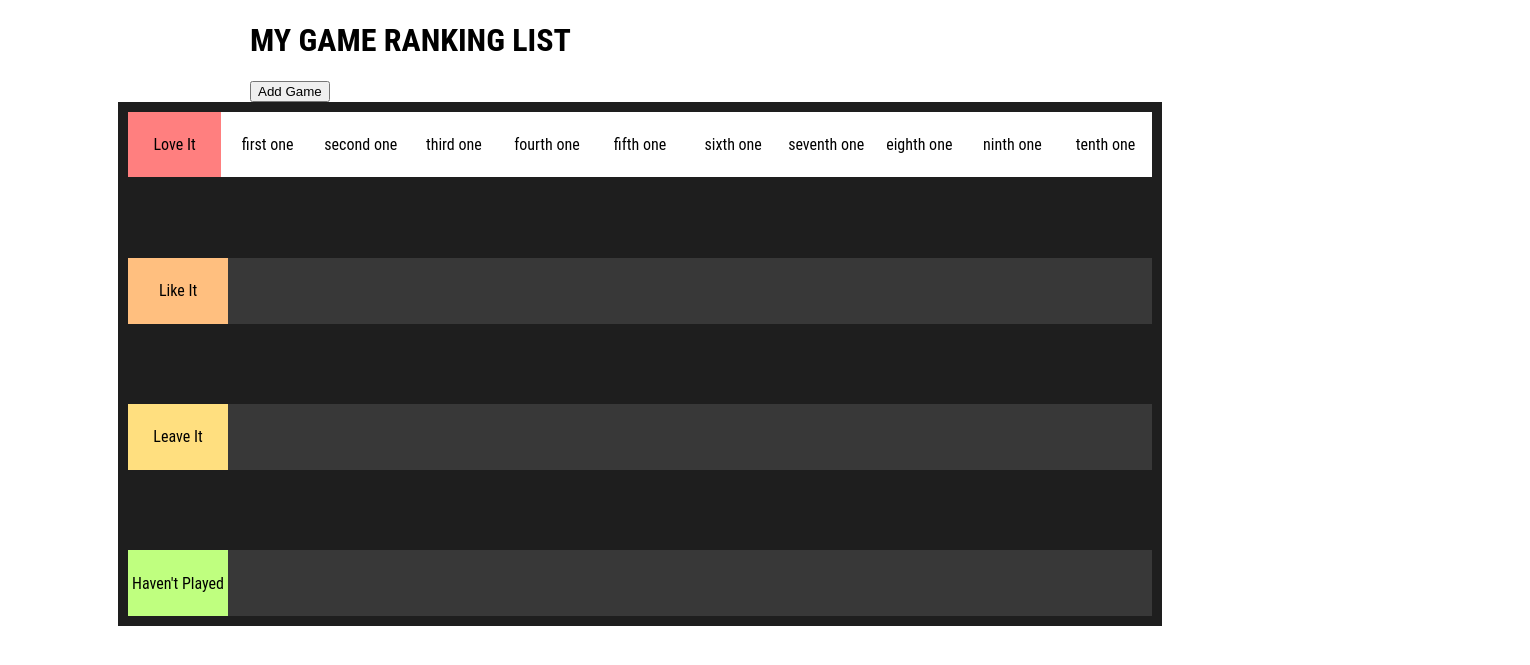
Repository: akiachenise/akiachenise.github.io
Page: JackboxGames_TierList_vanilla/index.html
These files come from the project's save history. The page is drawn as it stood at one moment and after the next save; the edit follows.
The browser window is 1280 px wide. The page is 1530 px wide, so the pictures cover 1530 px, including what lies to the right of the window. The pictures show the whole page.

Above is the page before, as saved 2022-11-26 16:48:28.

After the next save:
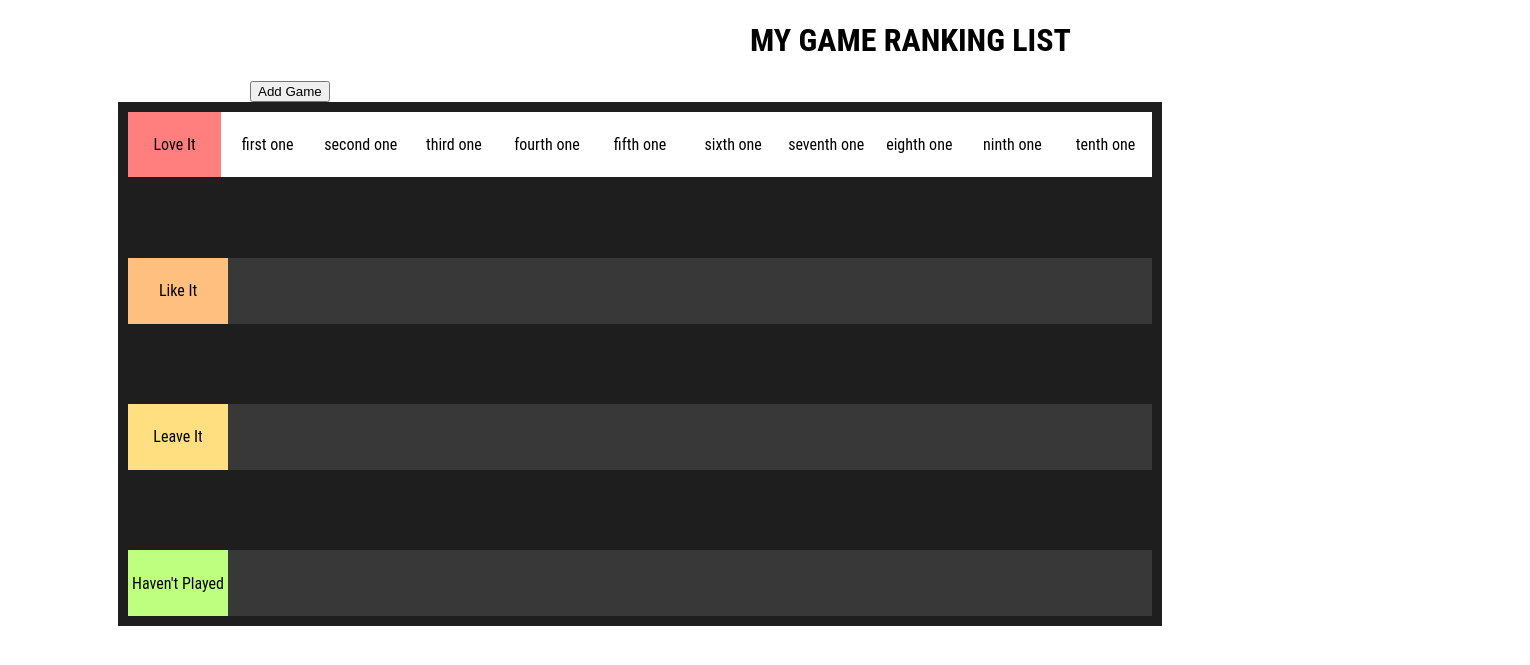
Saved 49 s later.
--- a/JackboxGames_TierList_vanilla/css/stylesheet.css
+++ b/JackboxGames_TierList_vanilla/css/stylesheet.css
@@ -17,6 +17,7 @@
 
 h1 {
     text-transform: uppercase;
+    padding-left: 31.25rem;
 }
 button .addCard {
 

After the save that followed:
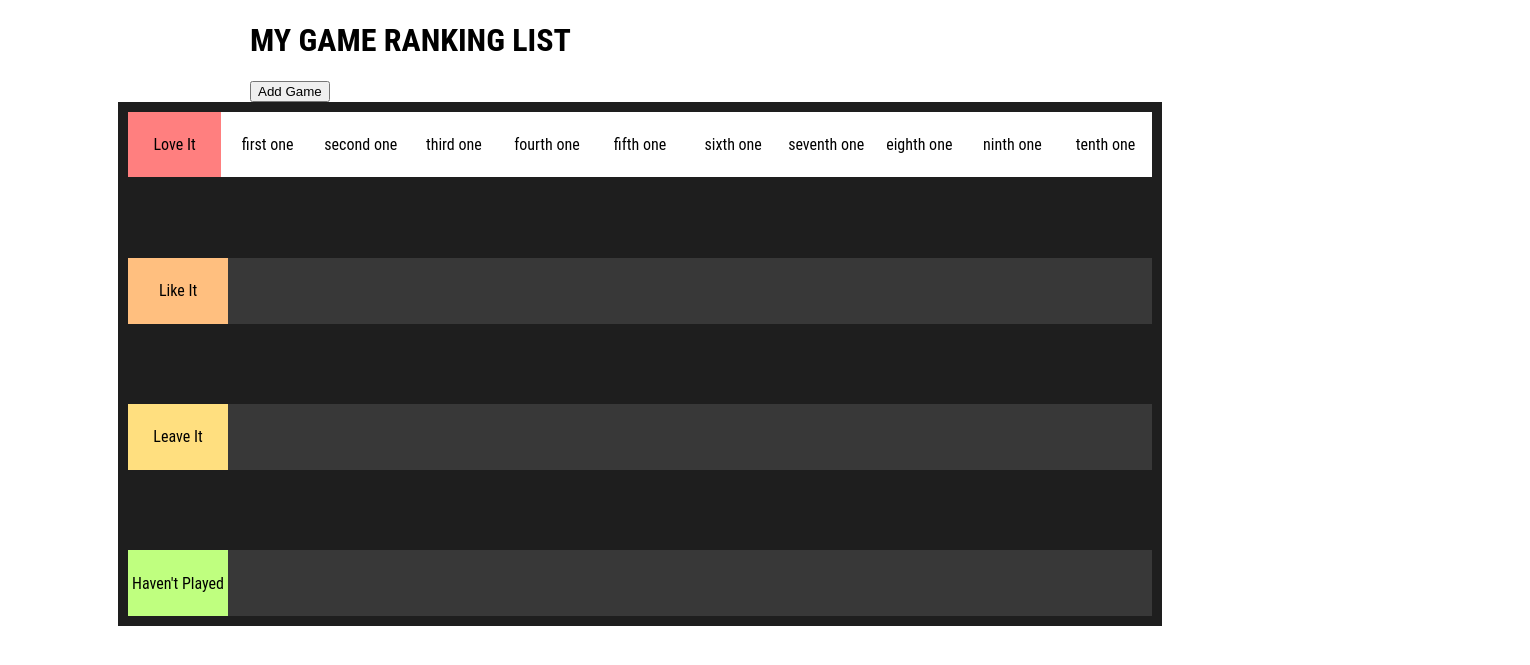
Saved 14 s later.
--- a/JackboxGames_TierList_vanilla/css/stylesheet.css
+++ b/JackboxGames_TierList_vanilla/css/stylesheet.css
@@ -17,7 +17,7 @@
 
 h1 {
     text-transform: uppercase;
-    padding-left: 31.25rem;
+
 }
 button .addCard {
 
